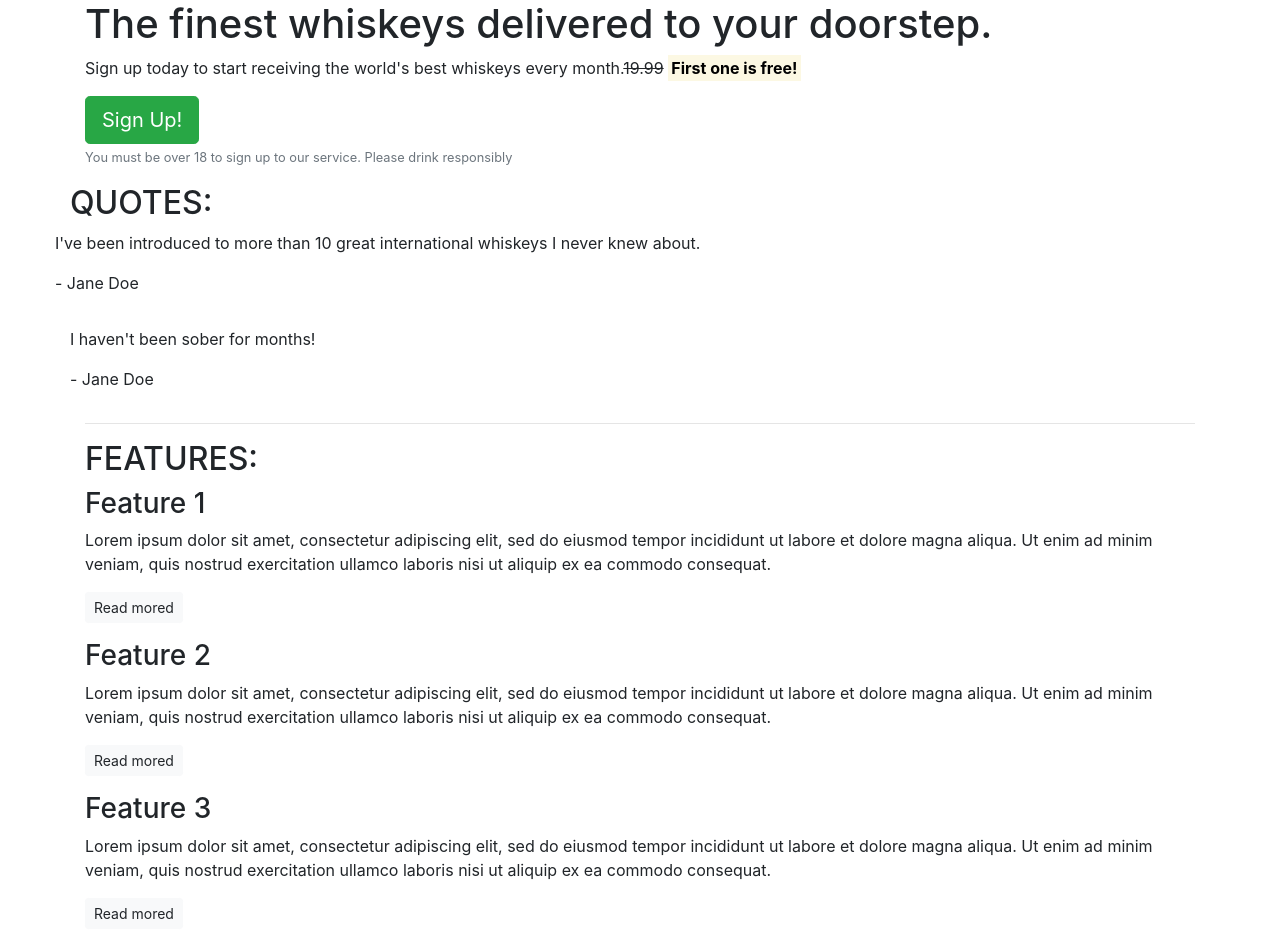
Repository: manub7/bootstrap4-mobile-first
Page: index.html
The author's editor kept a record of every edit. The page is drawn from the files as they stood at one moment, then again after the next edit.
The browser window is 1280 px wide. The pictures show the whole page.

Above is the page before.

### index.html
<!DOCTYPE html>
<html lang="en-us">

<head>
    <meta charset="utf-8">
    <meta name="viewport" content="width=device-width, initial-scale=1.0">
    <title>Whiskey Drop | Taste a new whiskey every month</title>
    <link rel="stylesheet" href="https://maxcdn.bootstrapcdn.com/bootstrap/4.1.3/css/bootstrap.min.css">
</head>

<body>
    <article class="container">
        <!-- Callout -->
        <div class="row">
            <div class="col-12">
                <section class="callout">
                    <h1>The finest whiskeys delivered to your doorstep.</h1>
                    <p clas="lead">Sign up today to start receiving the world's best whiskeys every month.<s>19.99</s> <strong><mark> First one is free!</mark></strong></p>
                    <button class="btn btn-success btn-lg">Sign Up!</button>
                    <p class="text-muted"><small> You must be over 18 to sign up to our service. Please drink responsibly </small></p>
                </section>
            </div>
            <div class="row"></div>
            <!-- /.callout -->
            <hr>

            <!-- Quotes -->
            <section class="quotes">
                <div class="row">
                    <div class="col-12">
                        <h2 class="text-uppercase">Quotes:</h2>
                    </div>
                    <div class="col-12"></div>
                    <blockquote class="quote">
                        <p>I've been introduced to more than 10 great international whiskeys I never knew about.</p>
                        <p>- Jane Doe</p>
                    </blockquote>
                    </div>
                    <blockquote class="quote">
                        <p>I haven't been sober for months!</p>
                        <p>- Jane Doe</p>
                        </blockquotes>
                </div>
            </section>
            <!-- /.quotes -->
            <hr>

            <!-- Features -->
            <section class="features">
                <div class="row">
                    <div class="col-12">
                        <h2 class="text-uppercase">Features:</h2>
                    </div>
                </div>
                <div>
                    <div class="feature">
                        <h3>Feature 1</h3>
                        <p>Lorem ipsum dolor sit amet, consectetur adipiscing elit, sed do eiusmod tempor incididunt ut labore et dolore magna aliqua. Ut enim ad minim veniam, quis nostrud exercitation ullamco laboris nisi ut aliquip ex ea commodo consequat.</p>
                        <p><a class="btn btn-sm btn-light">Read mored</a></p>
                    </div>
                    <div class="feature">
                        <h3>Feature 2</h3>
                        <p>Lorem ipsum dolor sit amet, consectetur adipiscing elit, sed do eiusmod tempor incididunt ut labore et dolore magna aliqua. Ut enim ad minim veniam, quis nostrud exercitation ullamco laboris nisi ut aliquip ex ea commodo consequat.</p>
                        <p><a class="btn btn-sm btn-light">Read mored</a></p>
                    </div>
                    <div class="feature">
                        <h3>Feature 3</h3>
                        <p>Lorem ipsum dolor sit amet, consectetur adipiscing elit, sed do eiusmod tempor incididunt ut labore et dolore magna aliqua. Ut enim ad minim veniam, quis nostrud exercitation ullamco laboris nisi ut aliquip ex ea commodo consequat.</p>
                        <p><a class="btn btn-sm btn-light">Read mored</a></p>
                    </div>
                </div>
            </section>
            <!-- /.features -->
    </article>
</body>

</html>

After the next edit:
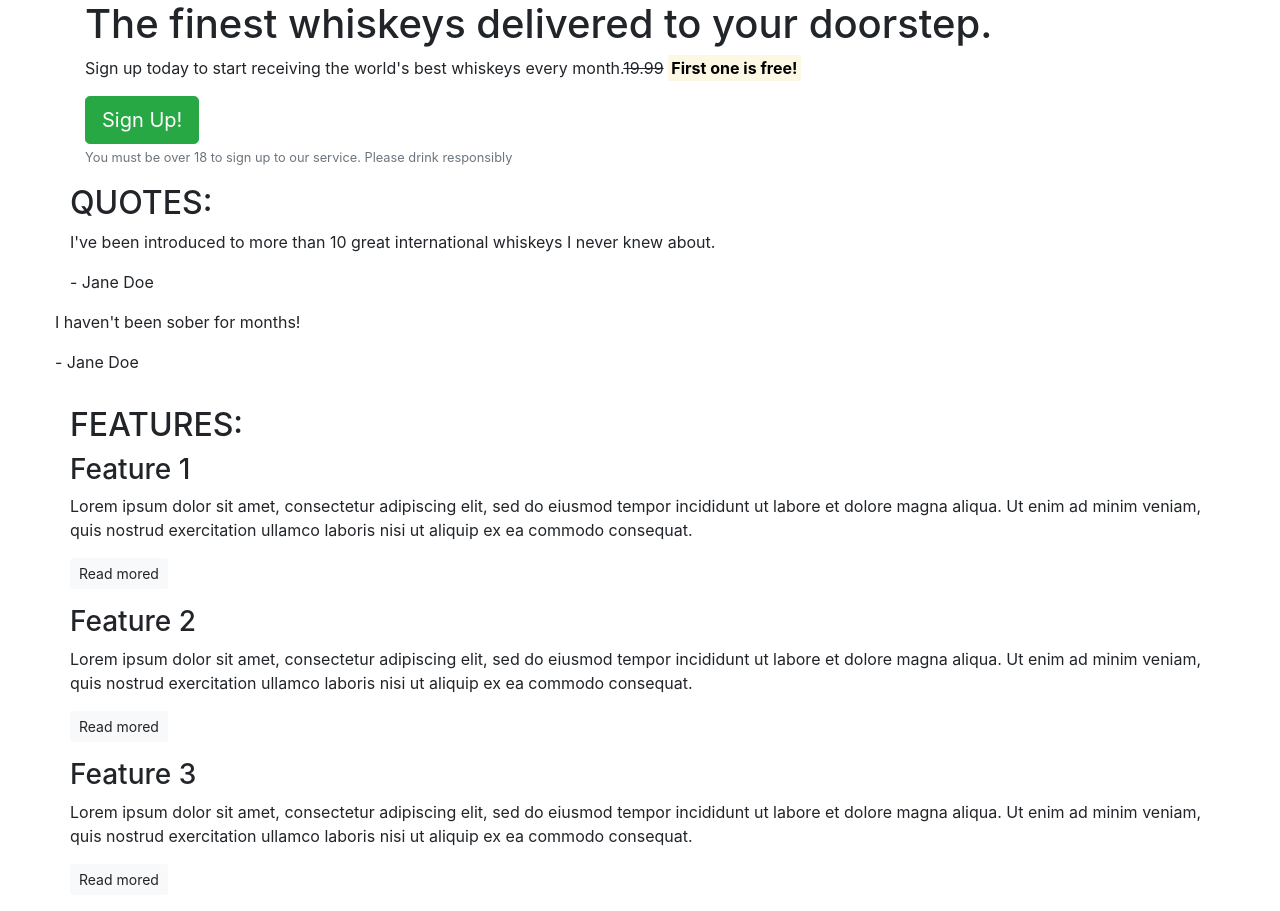
The edit:
--- a/index.html
+++ b/index.html
@@ -30,7 +30,7 @@
                     <div class="col-12">
                         <h2 class="text-uppercase">Quotes:</h2>
                     </div>
-                    <div class="col-12"></div>
+                    <div class="col-12">
                     <blockquote class="quote">
                         <p>I've been introduced to more than 10 great international whiskeys I never knew about.</p>
                         <p>- Jane Doe</p>
